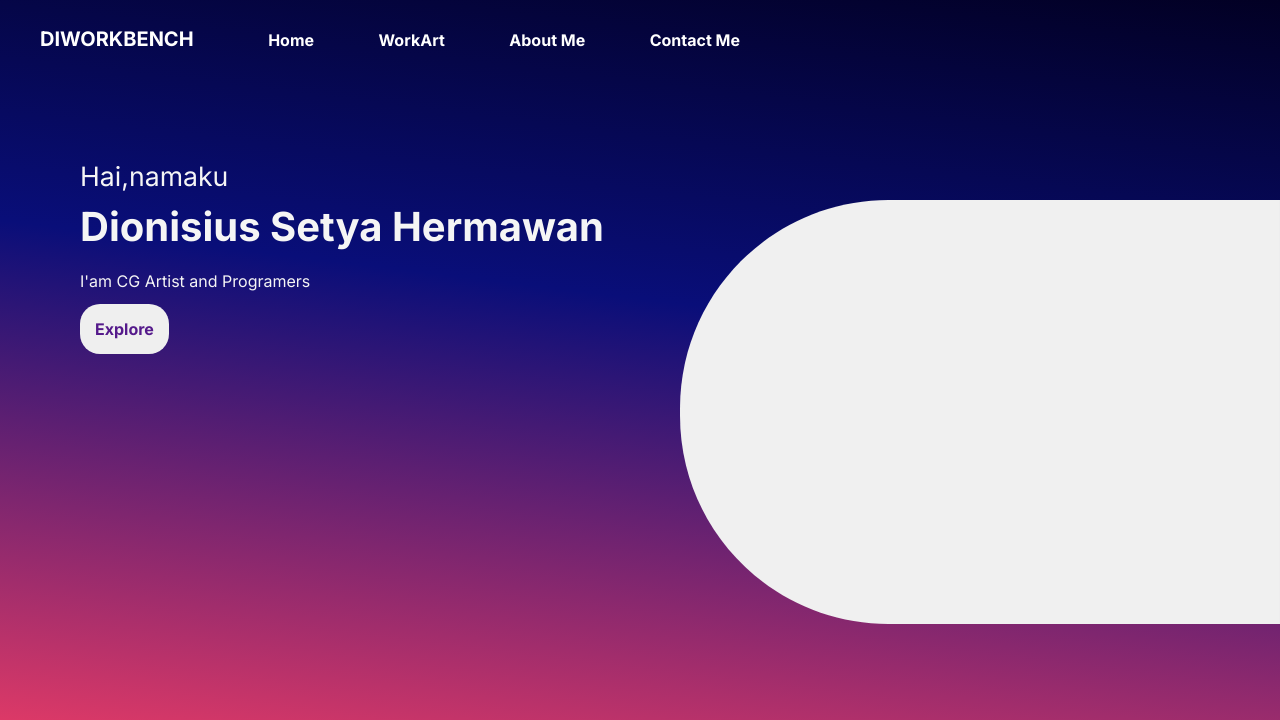
Repository: sius012/DiWorkbench
Page: index.html
These files come from the project's save history. The page is drawn as it stood at one moment and after a run of saves; the edit follows.
The browser window is 1280 px wide. The pictures show the whole page.

Above is the page before, as saved 2023-04-06 21:44:09.

### index.html
<!DOCTYPE html>
<html lang="en">
<head>
    <meta charset="UTF-8">
    <meta http-equiv="X-UA-Compatible" content="IE=edge">
    <meta name="viewport" content="width=device-width, initial-scale=1.0">
    <title>Document</title>
    <link href="https://fonts.googleapis.com/css2?family=Inter:wght@400;500;600;700;800;900&display=swap" rel="stylesheet">
    <style>
      *{
        font-family: 'Inter', sans-serif;
        margin:0px;
      }

      a{
        text-decoration: none;
      }

      body{
        background: rgb(2,0,36);
        background: linear-gradient(187deg, rgba(2,0,36,1) 0%, rgba(9,14,121,1) 43%, rgba(220,57,103,1) 100%, rgba(12,10,124,1) 100%);
        height: 100vh;
        overflow-x: hidden;
      }

      .nav-cont li{
        display: inline-block;
      }

      .nav-cont li a{
        padding: 30px;
        display: block;
        text-decoration: none;
        color: white;
        font-weight: bold;

      }

      nav ul{
        list-style-type: none;
        margin: 0px;
        display: inline-block
      }


      nav{
        background-color: ;
      }

      .link-nav:hover{
        background-color: rgba(159, 159, 159, 0.349);
      }

      .container img{
        float: right;
        width: 600px;
        margin-top: 40px;
        position: absolute;
        right: 0;
        animation: slide 0.3s ease-in-out;
      }

      .container-section{
        color: whitesmoke;
        margin: 80px;
      }

      .h3-name{
        font-size: 30pt;
      }

      .h6-name{
        font-size: 20pt;
        font-weight: normal;
        margin-bottom: 10px;
      }

      .btn-explore{
        padding: 15px;
        border: none;
        border-radius: 20px;
        font-size: 12pt;
        margin-top:10pt;
        font-weight: bold;
      }


      .p-text{
        margin-top: 20px;
      }


      @keyframes slide {
        from {
          right: -1000px;
        }
        to {
          right: 0px;
        }
      }

      .nav-brand{
        color: white;
        font-size: 20px;
      }
    </style>
</head>
<body>
  <nav>
    <ul>
      <li><h3 class="nav-brand">DIWORKBENCH</h3></li>
    </ul>
    <ul class="nav-cont">
      <li><a href="" class="link-nav">Home </a></li>
      <li><a href="" class="link-nav">WorkArt</a></li>
      <li><a href="" class="link-nav">About Me</a></li>
      <li><a href="" class="link-nav">Contact Me</a></li>
    </ul>
    <div class="container">
      <img src="asset/image/rounded_frame.svg" alt="">
      <div class="container-section">
        <h6 class="h6-name">Hai,namaku</h6>
        <h3 class="h3-name">Dionisius Setya Hermawan</h3>
        <p class="p-text">I'am CG Artist and Programers</p>
        <button class="btn-explore"><a href="">Explore</a></button>
      </div>

    </div>
  </nav>
</body>
</html>

After the next 2 saves:
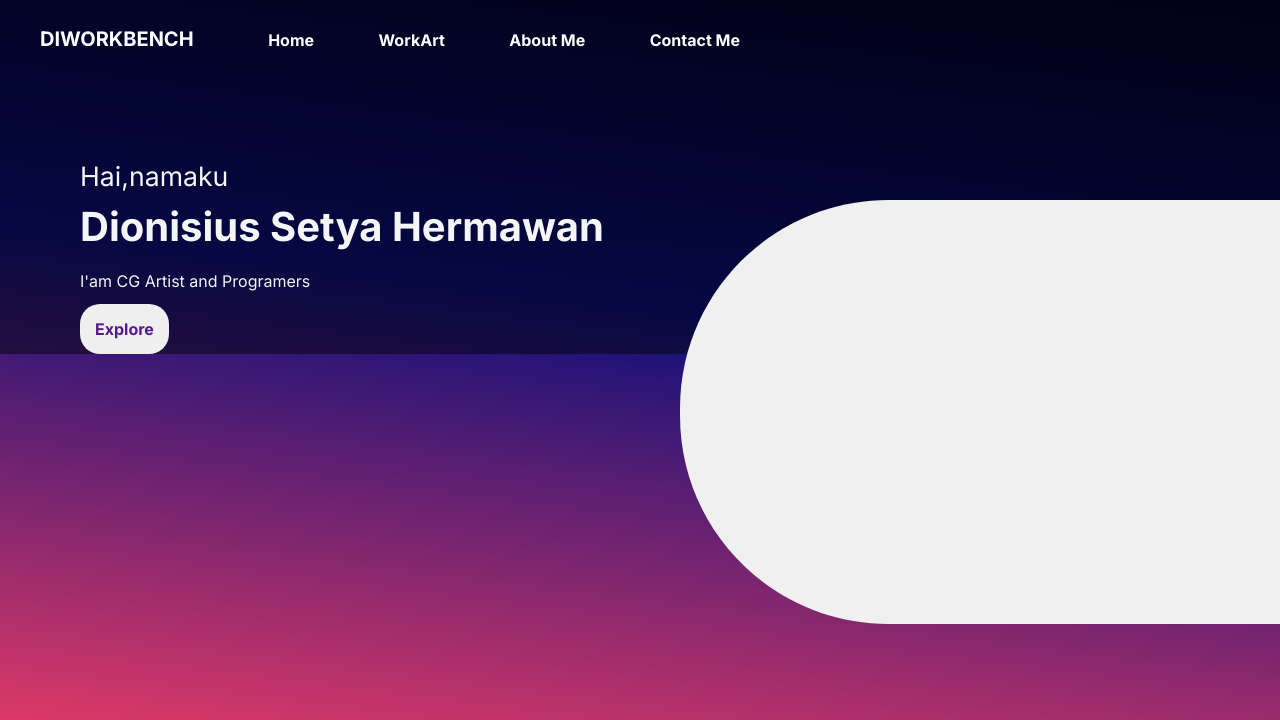
The 2 saves are shown as one change because they came seconds apart.
The last was saved 7 s later.
--- a/index.html
+++ b/index.html
@@ -44,7 +44,7 @@
 
 
       nav{
-        background-color: ;
+        background-color: rgba(0, 0, 0, 0.456);
       }
 
       .link-nav:hover{
